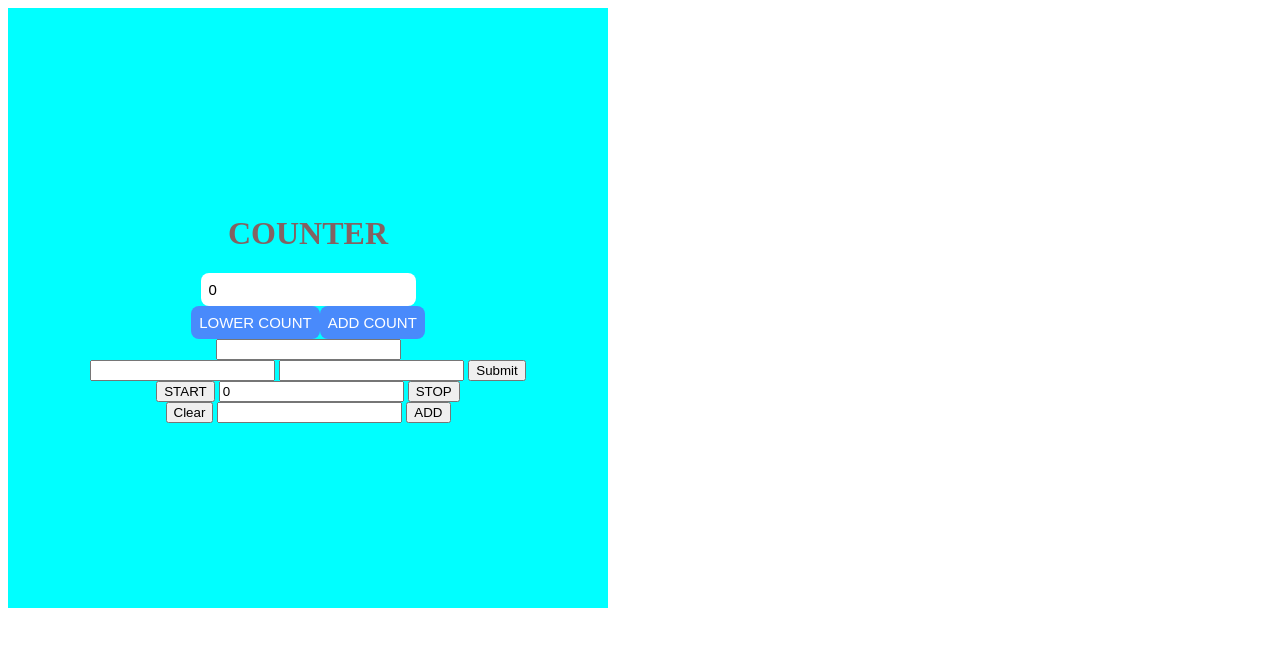
Repository: sedashahnazaryan/Caunter
Page: index.html
These files come from the project's save history. The page is drawn as it stood at one moment and after the next save; the edit follows.
The browser window is 1280 px wide. The pictures show the whole page.

Above is the page before, as saved 2022-02-15 01:27:18.

After the next save:
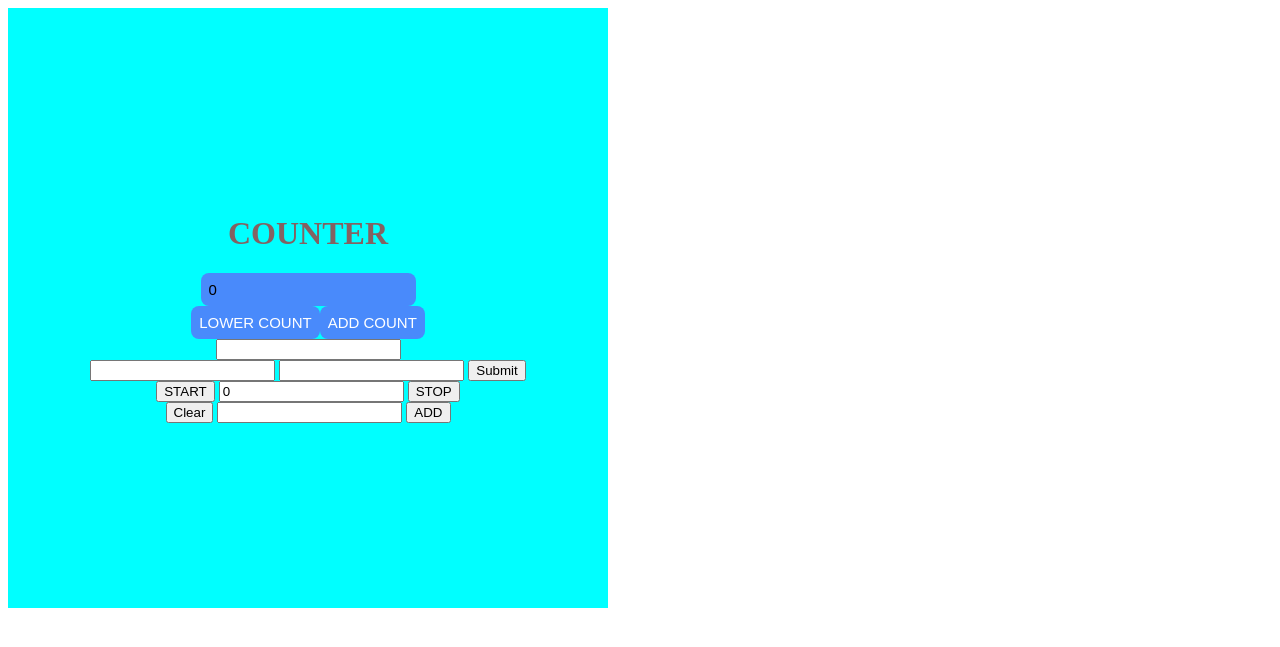
Saved 13 s later.
--- a/index.css
+++ b/index.css
@@ -44,7 +44,7 @@ color: rgba(151, 75, 75, 0.87);
     cursor: pointer; */
 
            #input{
-        background-color: #498AF;
+        background-color: #498AFB;
         /* color: white; */
         padding: 8px;
         border-radius: 8px;
